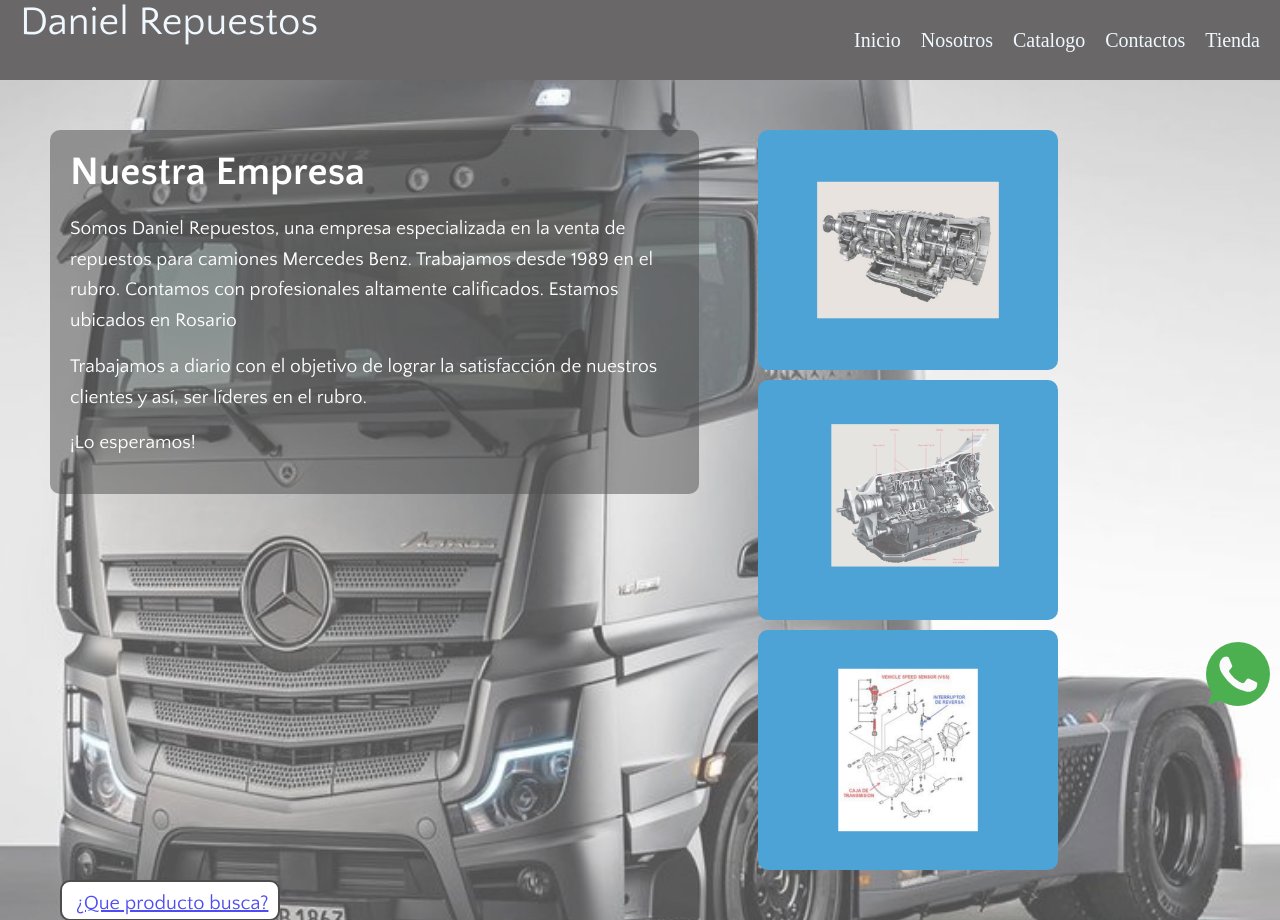
Repository: minesterani/proyecto-caja
Page: pages/nosotros.html
An editor plug-in stored every save of this project. The page is shown before and after the next save, followed by the edit.
The browser window is 1280 px wide. The pictures show the whole page.

Above is the page before, as saved 2024-09-30 11:06:53.

After the next save:
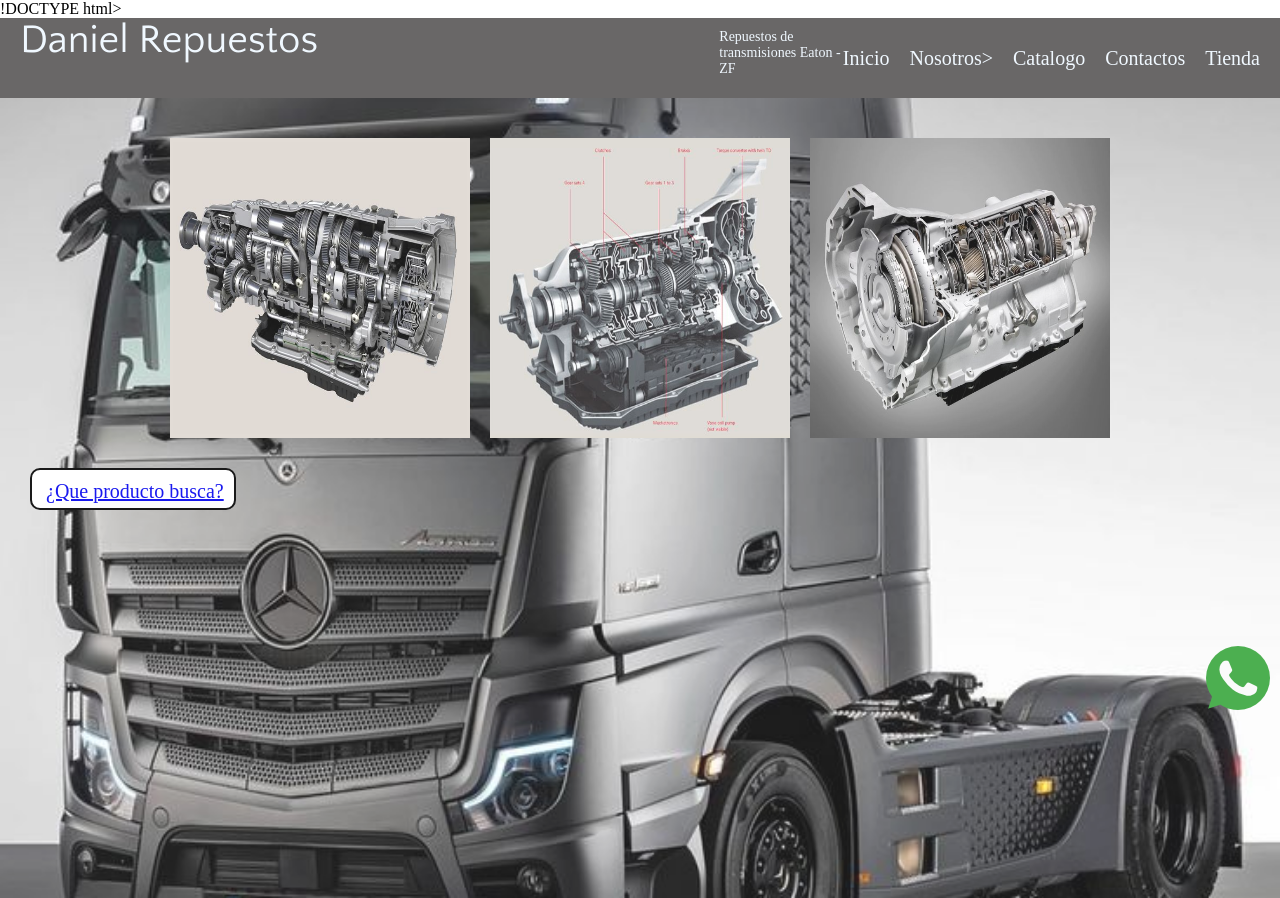
Saved 20 min 24 s later.
--- a/pages/nosotros.html
+++ b/pages/nosotros.html
@@ -1,4 +1,4 @@
-<!DOCTYPE html>
+!DOCTYPE html>
 <html lang="en">
 <head>
     <meta charset="UTF-8">
@@ -10,42 +10,35 @@
     <link rel="stylesheet" href="../css/style.css">
 </head>
 <body>
-    <header class="header-nosotros">
-        <h1>Daniel Repuestos</h1>
-        <nav>
-            <ul class="navNos">
-                <li><a href="../index.html">Inicio</a></li>
-                <li><a href="#">Nosotros</a></li>
-                <li><a href="./catalogo.html">Catalogo</a></li>
+   <header class="header-nosotros">
+    <h1>Daniel Repuestos</h1>
+    <p class="subtitulo">Repuestos de transmisiones Eaton - ZF</p>
+    <nav>
+        <ul class="navNos">
+            <li><a href="../index.html">Inicio</a></li>
+            <li><a href="#">Nosotros></a></li>
+            <li><a href="./catalogo.html">Catalogo</a></li>
                 <li><a href="./contactos.html">Contactos</a></li>
-                <li><a href="./tienda.html">Tienda</a></li>
-            </ul>
-        </nav>
-    </header>
-    <main>
-        <section class="section-nosotros">
-            <div class="container-nosotros">
-                <div class="texto-nosotros">
-                    <h2>Nuestra Empresa</h2>
-                    <p>Somos Daniel Repuestos, una empresa especializada en la venta de repuestos para camiones Mercedes Benz. Trabajamos desde 1989 en el rubro. Contamos con profesionales altamente calificados. Estamos ubicados en Rosario</p>
-                    <p>Trabajamos a diario con el objetivo de lograr la satisfacción de nuestros clientes y así, ser líderes en el rubro.</p>
-                    <p>¡Lo esperamos!</p>
-            </div>
-            <div class="imagenes-nosotros">
-                <img src="../assets/img/1.png" alt="nuestra empresa">
-                <img src="../assets/img/2.png" alt="nuestra empresa">
-                <img src="../assets/img/3.png" alt="nuestra empresa">
-            </div>
+            <li><a href="./tienda.html">Tienda</a></li>
+        </ul>
+    </nav>
+
+   </header>
+   <main>
+    <section class="section-tienda">
+        <div class="contenedor-tienda">
+            <img src="../assets/img/caja 2.jpg" alt="caja 2" style="width: 300px; height: 300px;">
+            <img src="../assets/img/caja.jpg" alt="caja 3" style="width: 300px; height: 300px;">
+            <img src="../assets/img/Transmisiones de toyota.jpeg" alt="transmicion" style="width: 300px; height: 300px;">
         </div>
         <a href="#" class="boton">¿Que producto busca?</a>
+    </section>
 
-        </section>
-    </main>
-    <footer>
-        <a class="whatsapp-nosotros"href="https://wa.me/3416513963" target="_blank">
-            <img src="../assets/img/whatsapp.png" alt="">
-        </a>
-    </footer>
-
+   </main>
+   <footer>
+    <a class="whatsapp-tienda"href="https://wa.me/3416513963" target="_blank">
+        <img src="../assets/img/whatsapp.png" alt="">
+    </a>
+   </footer>
 </body>
 </html>
